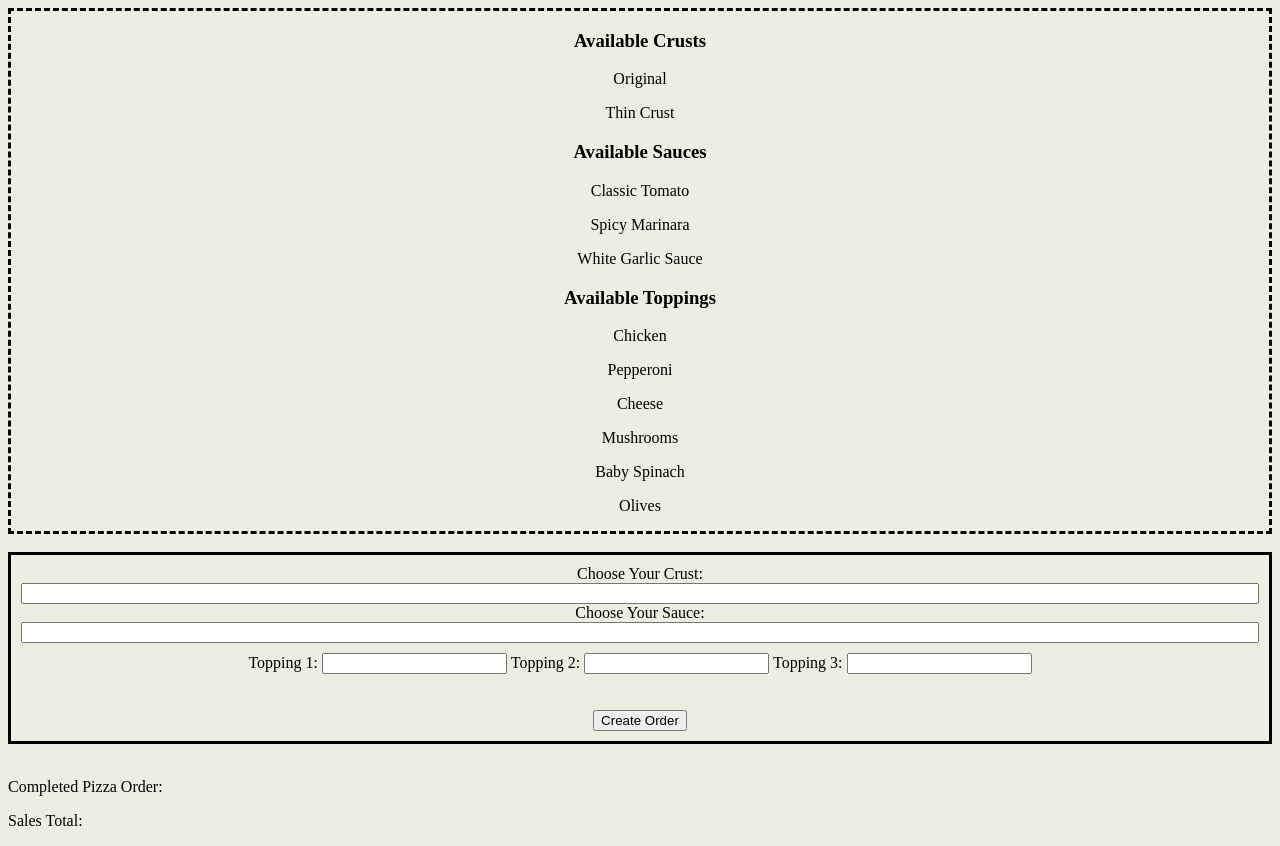
Repository: EmmanuelMefor/Pizza-order
Page: index.html
An editor plug-in stored every save of this project. The page is shown before and after the next save, followed by the edit.
The browser window is 1280 px wide. The pictures show the whole page.
Some web fonts or font styles are not loaded; a fallback is used.

Above is the page before, as saved 2024-01-05 20:24:04.
Console error: ReferenceError: Btn is not defined

After the next save:
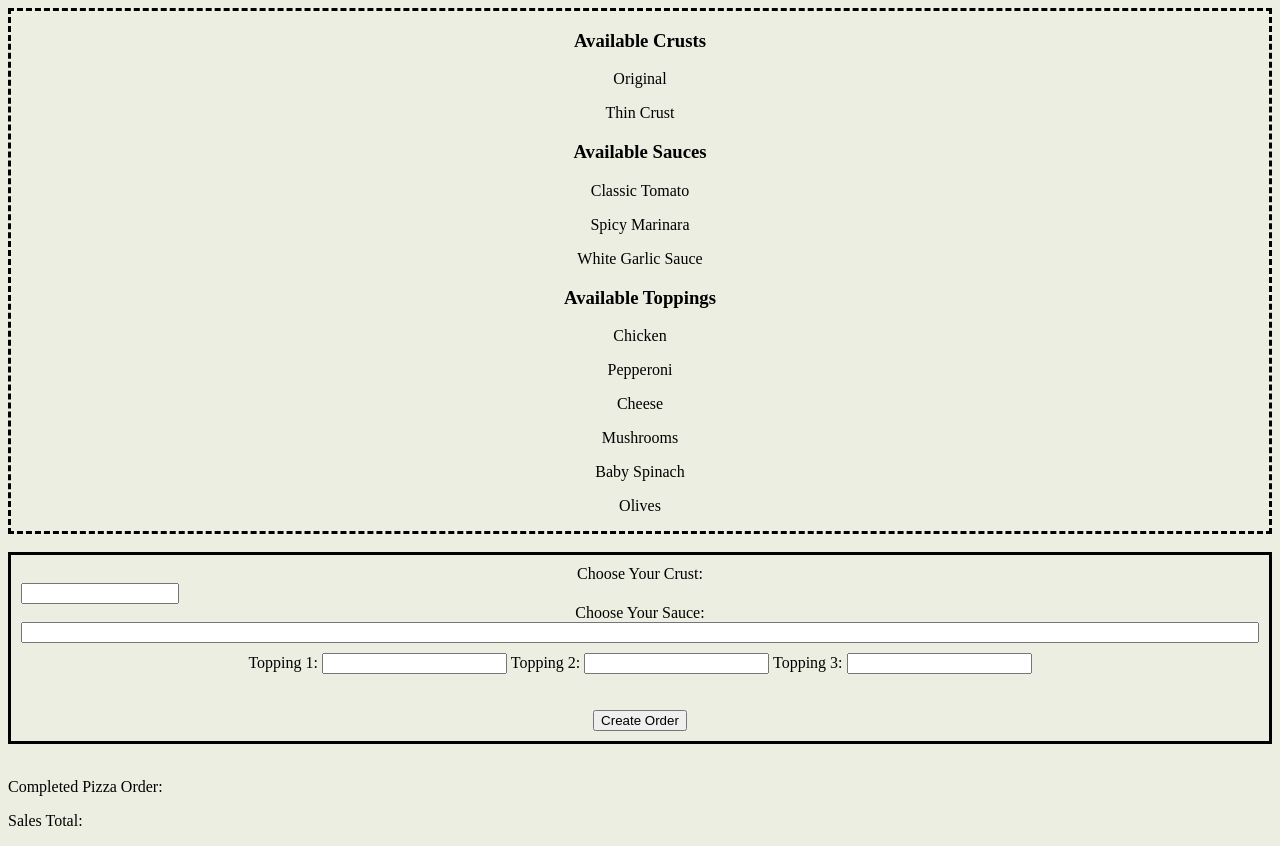
Saved 9 min 54 s later.
--- a/style.css
+++ b/style.css
@@ -24,6 +24,10 @@
   margin-bottom: 10px; /* Adjust the space between stacked fields */
 }
 
+#crust {
+  width: 150px;
+}
+
 .T {
   border-style: dotted;
   border-width: 5px;

After the save that followed:
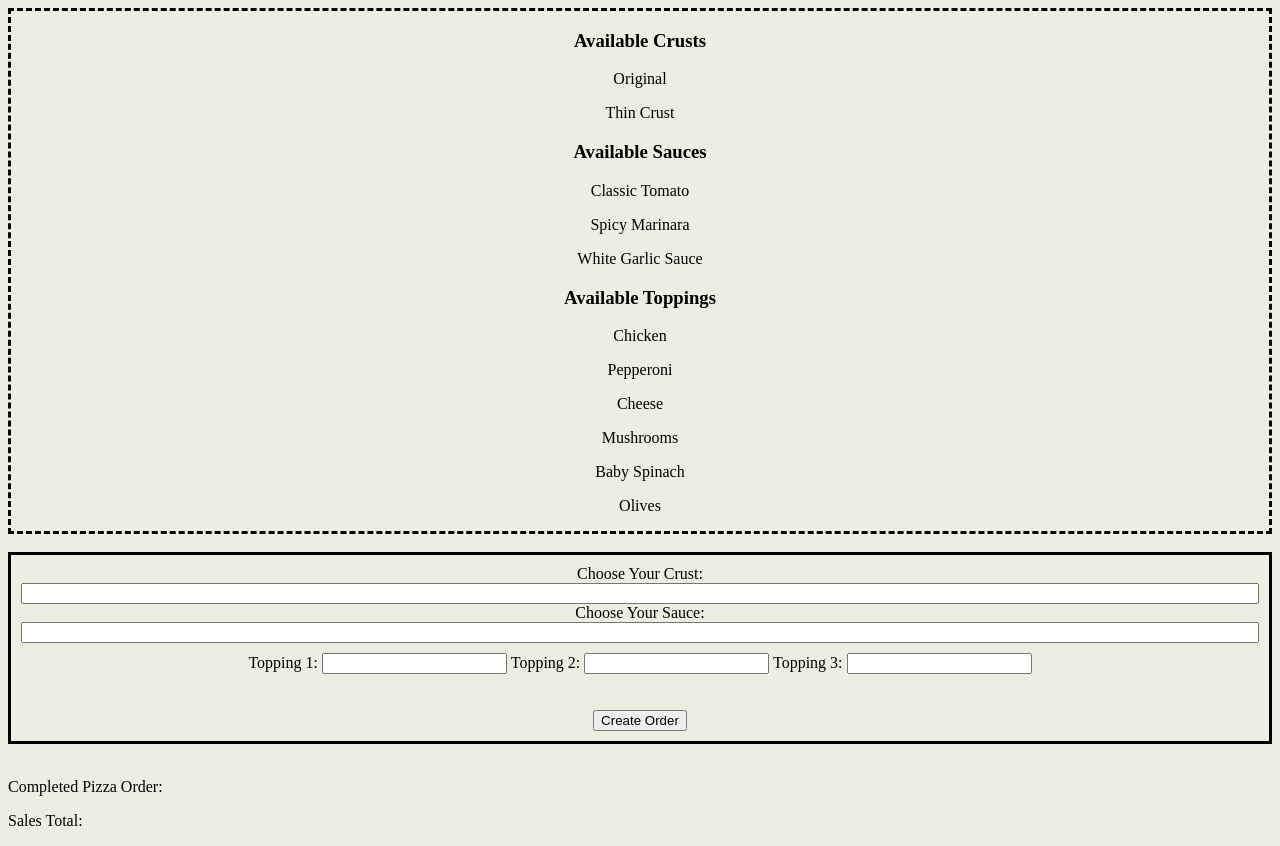
Saved 75 s later.
--- a/style.css
+++ b/style.css
@@ -24,10 +24,6 @@
   margin-bottom: 10px; /* Adjust the space between stacked fields */
 }
 
-#crust {
-  width: 150px;
-}
-
 .T {
   border-style: dotted;
   border-width: 5px;
